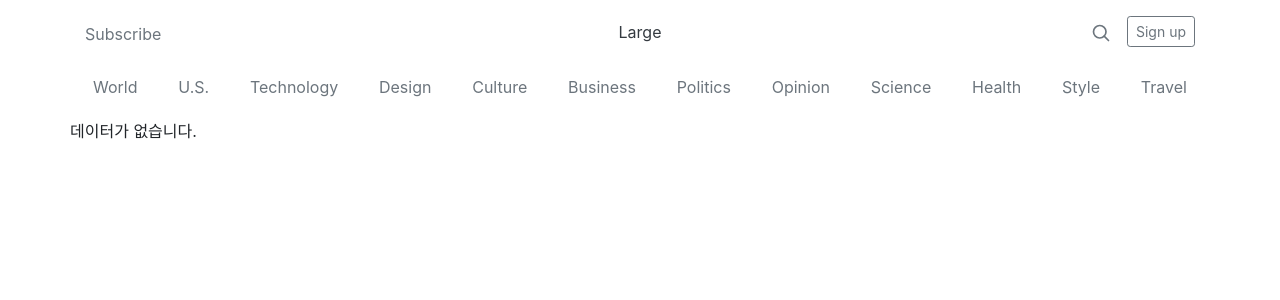
Repository: agitated-deduction/myBlog
Page: http://localhost/myblog/WEB-INF/views/board/main.jsp
An editor plug-in stored every save of this project. The page is shown before and after the next save, followed by the edit.
The browser window is 1280 px wide. The pictures show the whole page.
Some web libraries are served in a nearby version. The page is served by Tomcat 9. Nobody is signed in. The template is opened directly, without the code that normally fills it, so the values that code supplies are empty.

Above is the page before, as saved 2020-08-20 07:39:41.

After the next save:
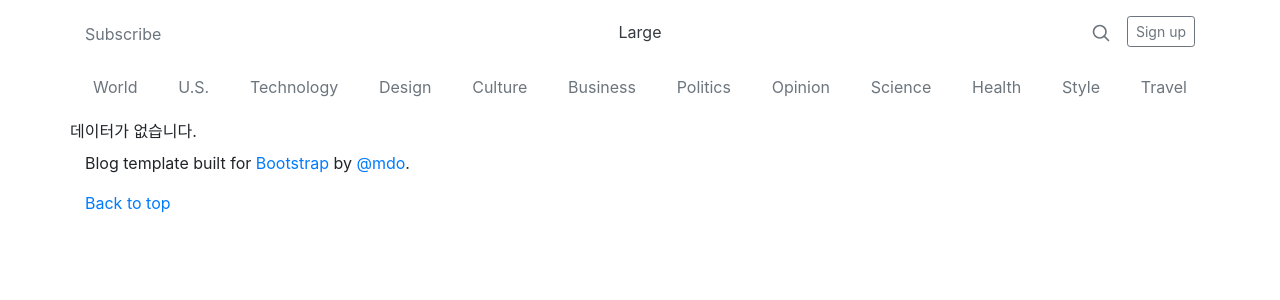
Saved 2 min 1 s later.
--- a/myblog/src/main/webapp/WEB-INF/views/board/main.jsp
+++ b/myblog/src/main/webapp/WEB-INF/views/board/main.jsp
@@ -72,7 +72,12 @@
 		</c:when>
 		</c:choose>
 	</div>
-
+	<footer class="blog-footer">
+  <p>Blog template built for <a href="https://getbootstrap.com/">Bootstrap</a> by <a href="https://twitter.com/mdo">@mdo</a>.</p>
+  <p>
+    <a href="#">Back to top</a>
+  </p>
+</footer>
 	</div>
  <script src="https://code.jquery.com/jquery-3.3.1.slim.min.js" integrity="sha384-q8i/X+965DzO0rT7abK41JStQIAqVgRVzpbzo5smXKp4YfRvH+8abtTE1Pi6jizo" crossorigin="anonymous"></script>
  <script src="https://cdnjs.cloudflare.com/ajax/libs/popper.js/1.14.6/umd/popper.min.js" integrity="sha384-wHAiFfRlMFy6i5SRaxvfOCifBUQy1xHdJ/yoi7FRNXMRBu5WHdZYu1hA6ZOblgut" crossorigin="anonymous"></script>
